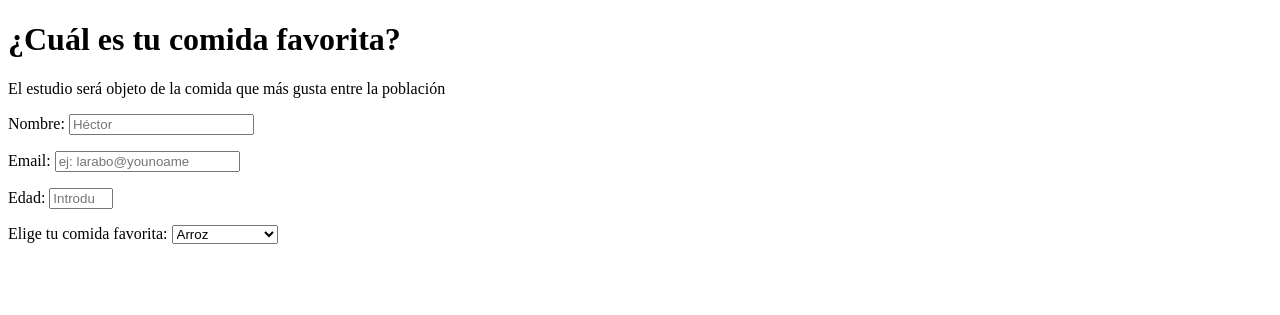
Repository: Fidesone/Form
Page: form/Index.html
An editor plug-in stored every save of this project. The page is shown before and after the next save, followed by the edit.
The browser window is 1280 px wide. The pictures show the whole page.

Above is the page before, as saved 2020-09-23 10:24:50.

After the next save:
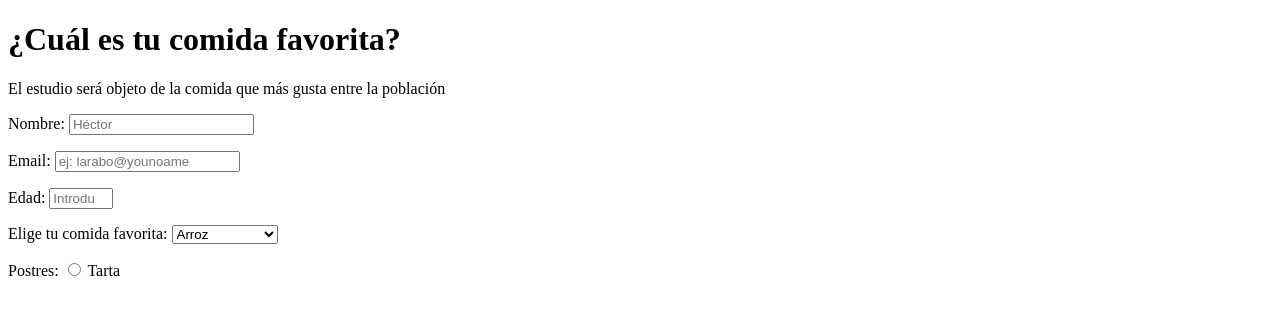
Saved 6 min 43 s later.
--- a/form/Index.html
+++ b/form/Index.html
@@ -21,6 +21,10 @@
 		<option value="pizza">Pizza</option>
 		<option value="hamburguesa">Hamburguesa</option>
 	</select>
+	<p>
+		Postres: <input type="radio" name="comida" value="tarta"> Tarta
+
+	</p>
 </form>
 </body>
 </html>
